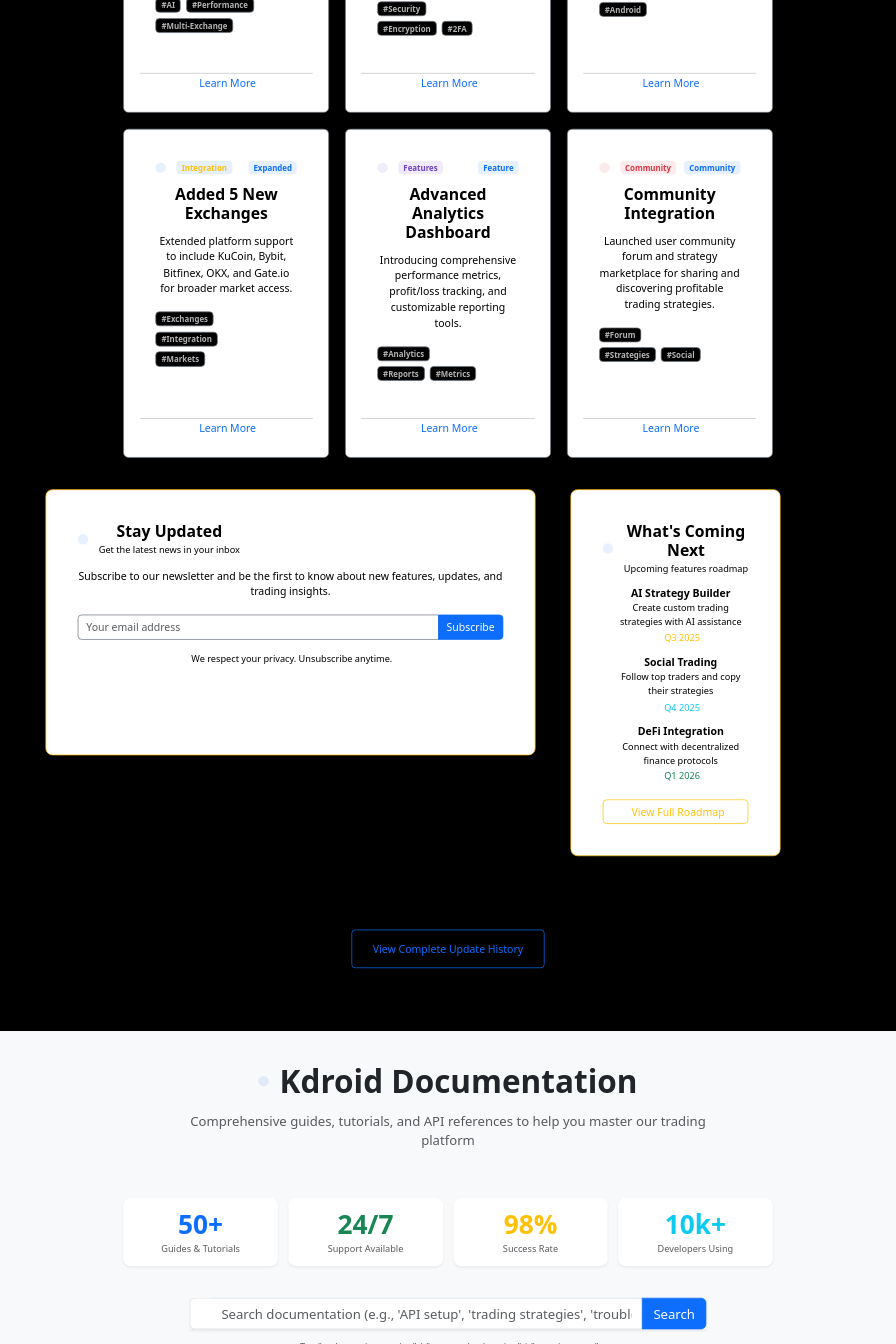
Repository: Kevin-Pro-Codes/halo-trading
Page: /
An editor plug-in stored every save of this project. The page is shown before and after the next save, followed by the edit.
The browser window is 1280 px wide. The pictures show the part of the page from y = 3890 to 5810 px (the page is 19648 px tall), at 70% of full size.
The page's requests for data from a server got no answer. The project was rebuilt for these pictures with package versions that can differ from the ones it lists, and the page was loaded fresh each time. Some packages were replaced by stand-ins written for this rebuild. No one was signed in, and anything a server would have sent is missing. Also part of the build but not shown: vite.config.js, src/styles/DocStyle.css, src/styles/PricingStyle.css.

Above is the page before, as saved 2025-12-09 20:51:33.

### src/index.css
:root {
  font-family: system-ui, Avenir, Helvetica, Arial, sans-serif;
  line-height: 1.5;
  font-weight: 400;
  color-scheme: light dark;
  color: rgba(255, 255, 255, 0.87);
  background-color: #242424;
  font-synthesis: none;
  text-rendering: optimizeLegibility;
  -webkit-font-smoothing: antialiased;
  -moz-osx-font-smoothing: grayscale;
}

a {
  font-weight: 500;
  color: #646cff;
  text-decoration: inherit;
}
a:hover {
  color: #535bf2;
}


h1 {
  font-size: 3.2em;
  line-height: 1.1;
}

button {
  border-radius: 8px;
  border: 1px solid transparent;
  padding: 0.6em 1.2em;
  font-size: 1em;
  font-weight: 500;
  font-family: inherit;
  background-color: #1a1a1a;
  cursor: pointer;
  transition: border-color 0.25s;
}
button:hover {
  border-color: #646cff;
}
button:focus,
button:focus-visible {
  outline: 4px auto -webkit-focus-ring-color;
}

### src/Navbar.jsx
import React from 'react';
import haloLogo from './assets/halo.png';



const Navbar = ({ showHamburger, menuOpen, setMenuOpen }) => {
  return (
    <nav className="navbar">
      <div className="nav-content">
        <div className="nav-brand">
          <img src={haloLogo} alt="Trading Bot Logo" className="logo-img" />
        </div>

        {showHamburger ? (
          <div className="hamburger-container">
            <button
              className={`hamburger-btn ${menuOpen ? 'active' : ''}`}
              onClick={() => setMenuOpen(!menuOpen)}
              aria-label="Menu"
            >
              <span></span>
              <span></span>
              <span></span>
            </button>
          </div>
        ) : (
          <div className="nav-links">
            <button className="nav-btn">Home</button>
            <button className="nav-btn">About</button>
            <button className="nav-btn">Products</button>
            <button className="nav-btn">Contact</button>
          </div>
        )}
      </div>

      {showHamburger && menuOpen && (
        <div className="mobile-menu">
          <button className="nav-btn">Home</button>
          <button className="nav-btn">About</button>
          <button className="nav-btn">Products</button>
          <button className="nav-btn">Contact</button>
        </div>
      )}
    </nav>
  );
};

export default Navbar;

### src/components/LatestSection.jsx
import React from 'react';

const LatestSection = () => {
  const updates = [
    {
      id: 1,
      title: "Version 3.0 Launched",
      description: "Major platform upgrade with AI-powered trading signals, enhanced backtesting, and multi-exchange arbitrage capabilities.",
      category: "Platform Update",
      date: "June 2025",
      icon: "bi-rocket-takeoff-fill",
      color: "primary",
      badge: "New",
      tags: ["AI", "Performance", "Multi-Exchange"]
    },
    {
      id: 2,
      title: "Enhanced Security Framework",
      description: "Implemented advanced API key encryption, multi-factor authentication, and real-time threat detection systems.",
      category: "Security",
      date: "May 2025",
      icon: "bi-shield-check",
      color: "success",
      badge: "Enhanced",
      tags: ["Security", "Encryption", "2FA"]
    },
    {
      id: 3,
      title: "Mobile App 2.0 Released",
      description: "Redesigned mobile application with real-time notifications, advanced charting, and one-click trade execution.",
      category: "Mobile",
      date: "April 2025",
      icon: "bi-phone-fill",
      color: "info",
      badge: "Update",
      tags: ["Mobile", "iOS", "Android"]
    },
    {
      id: 4,
      title: "Added 5 New Exchanges",
      description: "Extended platform support to include KuCoin, Bybit, Bitfinex, OKX, and Gate.io for broader market access.",
      category: "Integration",
      date: "March 2025",
      icon: "bi-arrow-left-right",
      color: "warning",
      badge: "Expanded",
      tags: ["Exchanges", "Integration", "Markets"]
    },
    {
      id: 5,
      title: "Advanced Analytics Dashboard",
      description: "Introducing comprehensive performance metrics, profit/loss tracking, and customizable reporting tools.",
      category: "Features",
      date: "February 2025",
      icon: "bi-graph-up",
      color: "purple",
      badge: "Feature",
      tags: ["Analytics", "Reports", "Metrics"]
    },
    {
      id: 6,
      title: "Community Integration",
      description: "Launched user community forum and strategy marketplace for sharing and discovering profitable trading strategies.",
      category: "Community",
      date: "January 2025",
      icon: "bi-people-fill",
      color: "danger",
      badge: "Community",
      tags: ["Forum", "Strategies", "Social"]
    }
  ];

  const categories = [
    { id: "all", name: "All Updates", icon: "bi-grid", count: updates.length },
    { id: "platform", name: "Platform", icon: "bi-rocket", count: 1 },
    { id: "security", name: "Security", icon: "bi-shield", count: 1 },
    { id: "mobile", name: "Mobile", icon: "bi-phone", count: 1 },
    { id: "integration", name: "Integration", icon: "bi-arrow-left-right", count: 1 },
    { id: "features", name: "Features", icon: "bi-stars", count: 1 },
    { id: "community", name: "Community", icon: "bi-people", count: 1 }
  ];

  return (
    <section className="py-5 bg-dark text-white">
      <div className="container">
        {/* Header */}
        <div className="row justify-content-center text-center mb-5">
          <div className="col-lg-8">
            <div className="d-flex align-items-center justify-content-center mb-3">
              <div className="bg-primary bg-opacity-10 p-2 rounded-circle me-3">
                <i className="bi bi-megaphone-fill text-primary fs-3"></i>
              </div>
              <h2 className="display-5 fw-bold mb-0 text-white">Latest Updates & News</h2>
            </div>
            <p className="lead text-white-50 mb-4">
              Stay updated with the latest features, improvements, and announcements from our trading platform
            </p>
          </div>
        </div>

        {/* Stats Summary */}
        <div className="row justify-content-center mb-5">
          <div className="col-lg-10">
            <div className="row g-3">
              <div className="col-md-3 col-6">
                <div className="text-center p-3 bg-dark bg-opacity-50 border border-secondary rounded-3">
                  <div className="display-6 fw-bold text-primary mb-1">{updates.length}</div>
                  <div className="text-white-50 small">Total Updates</div>
                </div>
              </div>
              <div className="col-md-3 col-6">
                <div className="text-center p-3 bg-dark bg-opacity-50 border border-secondary rounded-3">
                  <div className="display-6 fw-bold text-success mb-1">5</div>
                  <div className="text-white-50 small">New Exchanges</div>
                </div>
              </div>
              <div className="col-md-3 col-6">
                <div className="text-center p-3 bg-dark bg-opacity-50 border border-secondary rounded-3">
                  <div className="display-6 fw-bold text-warning mb-1">3.0</div>
                  <div className="text-white-50 small">Current Version</div>
                </div>
              </div>
              <div className="col-md-3 col-6">
                <div className="text-center p-3 bg-dark bg-opacity-50 border border-secondary rounded-3">
                  <div className="display-6 fw-bold text-info mb-1">98%</div>
                  <div className="text-white-50 small">Uptime Rate</div>
                </div>
              </div>
            </div>
          </div>
        </div>

        {/* Category Filter */}
        <div className="row justify-content-center mb-4">
          <div className="col-lg-10">
            <div className="d-flex flex-wrap justify-content-center gap-2 mb-4">
              {categories.map((category) => (
                <button
                  key={category.id}
                  className="btn btn-outline-primary btn-sm px-3 py-2"
                >
                  <i className={`bi ${category.icon} me-2`}></i>
                  {category.name}
                  <span className="badge bg-primary ms-2">{category.count}</span>
                </button>
              ))}
            </div>
          </div>
        </div>

       {/* Updates Grid */}
<div className="row justify-content-center">
  <div className="col-lg-10">
    <div className="row g-4">
      {updates.map((update) => (
        <div key={update.id} className="col-md-6 col-lg-4">
          <div className="card h-100 border-secondary bg-white hover-lift transition-all">
            <div className="card-body p-4">
              <div className="d-flex justify-content-between align-items-start mb-3">
                <div className="d-flex align-items-center">
                  <div className={`bg-${update.color} bg-opacity-10 p-2 rounded-circle me-3`}>
                    <i className={`bi ${update.icon} text-${update.color} fs-5`}></i>
                  </div>
                  <span className={`badge bg-${update.color} bg-opacity-10 text-${update.color}`}>
                    {update.category}
                  </span>
                </div>
                <span className="badge bg-primary bg-opacity-10 text-primary">
                  {update.badge}
                </span>
              </div>

              <h4 className="fw-bold mb-3 text-black">{update.title}</h4>
              <p className="text-black mb-4">{update.description}</p>

              <div className="d-flex justify-content-between align-items-center mt-auto">
                <div className="d-flex flex-wrap gap-2"> {/* REMOVED: pb-5 class */}
                  {update.tags.map((tag, index) => (
                    <span key={index} className="badge bg-dark border border-secondary text-white-50 small pb-1.5">
                      #{tag}
                    </span>
                  ))}
                </div>
                <div className="text-end">
                  <div className="text-white-50 small">{update.date}</div>
                </div>
              </div>
            </div>

            {/* Card Footer */}
            <div className="card-footer bg-white border-top border-secondary pt-0">
              <button className="btn btn-link text-decoration-none p-0 text-primary">
                <i className="bi bi-arrow-right-circle me-1"></i>
                Learn More
              </button>
            </div>
          </div>
        </div>
      ))}
    </div>
  </div>
</div>

{/* Two Boxes at Bottom - FULL CONTROL */}
<div style={{
  width: '100%',
  marginTop: '3rem',
  marginBottom: '2rem'
}}>
  <div style={{
    display: 'flex',
    justifyContent: 'center'
  }}>

    {/* Left Box: Newsletter */}
    <div style={{
      minWidth: '650px',
      maxWidth: '700px'
    }}>
       <div className="card border-warning bg-white" style={{
        minWidth: '700px',
        minHeight: '380px',
        borderRadius: '10px'
      }}>
        <div className="card-body p-4">

          <div className="d-flex align-items-center mb-3">
            <div className="bg-primary bg-opacity-10 p-2 rounded-circle me-3">
              <i className="bi bi-bell-fill text-black fs-4"></i>
            </div>
            <div>
              <h4 className="fw-bold mb-1 text-black">Stay Updated</h4>
              <p className="text-black small mb-0">Get the latest news in your inbox</p>
            </div>
          </div>

          <p className="text-black mb-4">
            Subscribe to our newsletter and be the first to know about new features, updates, and trading insights.
          </p>

          <div className="mt-auto">
            <div className="input-group mb-3">
              <input
                type="email"
                className="form-control border-secondary"
                placeholder="Your email address"
              />
              <button className="btn btn-primary">Subscribe</button>
            </div>
            <small className="text-black">
              <i className="bi bi-shield-check me-1"></i>
              We respect your privacy. Unsubscribe anytime.
            </small>
          </div>
        </div>
      </div>
    </div>

    {/* Right Box: Roadmap */}
    <div style={{
      flex: 'none',
      minWidth: '500px',
      maxWidth: '700px'
    }}>
      <div className="card border-warning bg-white" style={{
        minHeight: '380px',
        borderRadius: '10px'
      }}>
        <div className="card-body p-4">

          <div className="d-flex align-items-center mb-3">
            <div className="bg-warning bg-opacity-10 p-2 rounded-circle me-3">
              <i className="bi bi-map text-warning fs-4"></i>
            </div>
            <div>
              <h4 className="fw-bold mb-1 text-black">What's Coming Next</h4>
              <p className="text-black small mb-0">Upcoming features roadmap</p>
            </div>
          </div>

          <div className="mb-4">
            <div className="d-flex align-items-start mb-3">
              <div className="text-warning me-3 mt-1"><i className="bi bi-circle-fill"></i></div>
              <div>
                <h6 className="fw-bold mb-1 text-black">AI Strategy Builder</h6>
                <p className="text-black small mb-0">Create custom trading strategies with AI assistance</p>
                <small className="text-warning"><i className="bi bi-calendar me-1"></i> Q3 2025</small>
              </div>
            </div>

            <div className="d-flex align-items-start mb-3">
              <div className="text-info me-3 mt-1"><i className="bi bi-circle-fill"></i></div>
              <div>
                <h6 className="fw-bold mb-1 text-black">Social Trading</h6>
                <p className="text-black small mb-0">Follow top traders and copy their strategies</p>
                <small className="text-info"><i className="bi bi-calendar me-1"></i> Q4 2025</small>
              </div>
            </div>

            <div className="d-flex align-items-start">
              <div className="text-success me-3 mt-1"><i className="bi bi-circle-fill"></i></div>
              <div>
                <h6 className="fw-bold mb-1 text-black">DeFi Integration</h6>
                <p className="text-black small mb-0">Connect with decentralized finance protocols</p>
                <small className="text-success"><i className="bi bi-calendar me-1"></i> Q1 2026</small>
              </div>
            </div>
          </div>

          <div className="mt-auto">
            <button className="btn btn-outline-warning w-100">
              <i className="bi bi-clock-history me-2"></i>
              View Full Roadmap
            </button>
          </div>
        </div>
      </div>
    </div>

  </div>
</div>

        {/* View All Button - Adjusted for bottom position */}
        <div className="row justify-content-center mt-5 py-5"> {/* CHANGED: Increased top margin to mt-5 and added vertical padding with py-5 */}
          <div className="col-lg-10 text-center">
            <button className="btn btn-outline-primary px-4 py-3">
              <i className="bi bi-clock-history me-2"></i>
              View Complete Update History
              <i className="bi bi-arrow-right ms-2"></i>
            </button>
          </div>
        </div>
      </div>

      {/* CSS Styling */}
      <style jsx>{`
        .bg-dark {
          background-color: #000000 !important;
        }
          .bg-white {
          background-color: #ffffffff !important;
        }
        .hover-lift {
          transition: all 0.3s ease;
        }

        .hover-lift:hover {
          transform: translateY(-5px);
          box-shadow: 0 10px 25px rgba(0, 0, 0, 0.3) !important;
          border-color: #495057 !important;
        }

        .transition-all {
          transition: all 0.3s ease;
        }

        .bg-purple {
          background-color: #6f42c1 !important;
        }

        .text-purple {
          color: #6f42c1 !important;
        }

        .bg-purple.bg-opacity-10 {
          background-color: rgba(111, 66, 193, 0.1) !important;
        }

        .bg-danger.bg-opacity-10 {
          background-color: rgba(220, 53, 69, 0.1) !important;
        }

        .text-white-50 {
          color: rgba(255, 255, 255, 0.7) !important;
        }




      `}</style>
    </section>
  );
};

export default LatestSection;

### src/Footer.jsx
import React from "react";

const Footer = () => {
  return (
    <footer className="section-black">
      <div className="section-content">
        <div className="footer-grid">
          <div className="footer-col">
            <h3>Contact</h3>
            <p>Email: support@halo.com</p>
            <p>Phone: +55 11 9987-6543</p>
            <p>Address: 456 Finance Street, Crypto City</p>
          </div>
          <div className="footer-col">
            <h3>Legal</h3>
            <p><a href="#">Risk Disclosure</a></p>
            <p><a href="#">Terms of Service</a></p>
            <p><a href="#">Privacy Policy</a></p>
          </div>
          <div className="footer-col">
            <h3>Support</h3>
            <p><a href="#">Help Center</a></p>
            <p><a href="#">API Documentation</a></p>
            <p><a href="#">Community Forum</a></p>
            <p className="mt-3"><a href="#">MetaTrader 5</a></p>
          </div>
        </div>
        <div className="footer-bottom">
          <p>
            © 2025 Halo Algo Trading. All rights reserved. Disclaimer: Trading
            involves risk. Past performance is not indicative of future results.
          </p>
          <p className="disclaimer"></p>
        </div>
      </div>
    </footer>
  );
};

export default Footer;

### src/App.css
/* Variables */
:root {
  --primary-color: #646cff;
  --primary-hover: #535bf2;
  --text-dark: black;
  --text-light: #ffffff;
  --bg-dark: black;
  --bg-light: #ffffff;
  --border-radius: 4px;
  --transition: all 0.3s ease;
}

#root {
  max-width: 100%;
  margin: auto;
  padding: 0rem;
  text-align: center;
}

/* Base Styles */
* {
  box-sizing: border-box;
  margin: 0;
  padding: 0;


}

html {
  font-size: 15px;

}



/* Typography */
h1, h2, h3, h4, h5, h6 {
  margin-bottom: 1rem;
  line-height: 1.2;
}

h2 {
  font-size: 2rem;
}

h3 {
  font-size: 1.5rem;
  margin: 1rem 0;
}

p {
  margin-bottom: 1rem;
}

ul {
  list-style: none;
  padding-left: 0;
}

/* Utility Classes */
.black-text {
  color: var(--text-dark);
}

.white-text {
  color: var(--text-light);
}

.bg-white {
  background-color: var(--bg-light);
}

.bg-black {
  background-color: var(--bg-dark);
}


section {
  padding: 3rem 0;
}

.section-content {
  max-width: 2280px;
  margin: 0 auto;
  padding: 0 1rem;
}

.section-black {
  background-color: var(--bg-dark);
  color: var(--text-light);
}

### src/styles/ConverterStyle.css
/* Add to your existing CSS */
.converter-container {
  max-width: 500px;
  margin: 0 auto;
}

.converter-card {
  background-color: white;
  padding: 2rem;
  border-radius: var(--border-radius);
}

.converter-row {
  display: flex;
  align-items: center;
  margin-bottom: 1rem;
}

.converter-row label {
  width: 80px;
  text-align: right;
  margin-right: 1rem;
}

.converter-row input {
  flex: 1;
  padding: 0.5rem;
  border-radius: var(--border-radius);
  border: 1px solid #ddd;
  background-color: var(--bg-light);
  color: var(--text-dark);
}

.converter-card label,
.converter-card .rate-display {
  color: black; /* Replace with your desired color */
  font-weight: bold;
}

.rate-display {
  text-align: center;
  margin-top: 1.5rem;
  font-size: 0.9rem;
  opacity: 0.8;
}

/* Responsive adjustments */
@media (max-width: 600px) {
  .converter-row {
    flex-direction: column;
    align-items: flex-start;
  }

  .converter-row label {
    width: 100%;
    text-align: left;
    margin-bottom: 0.5rem;
  }
}

### src/styles/FooterStyle.css

/* Footer */
.footer-grid {
  display: grid;
  grid-template-columns: repeat(auto-fit, minmax(200px, 1fr));

}

.footer-col a {
  color: var(--text-light);
  text-decoration: none;

}

.footer-col a:hover {
  text-decoration: underline;

}

.footer-bottom {
  text-align: center;
  padding-top: 1rem;
  border-top: 1px solid rgba(255, 255, 255, 0.1);

}

.disclaimer {

  padding-bottom: 10px;
   margin-bottom: 0px !important;
}

Loaded but not shown: index.html (common file); src/main.jsx (common file); src/components/DocSection.jsx (389 lines, source omitted); src/components/ConverterSection.jsx (399 lines, source omitted); src/components/FaqSection.jsx (283 lines, source omitted); src/components/SetupSection.jsx (300 lines, source omitted); src/components/GallerySection.jsx (302 lines, source omitted); src/components/PricingSection.jsx (314 lines, source omitted); src/components/TestimonialSection.jsx (224 lines, source omitted); src/components/IntroSection.jsx (222 lines, source omitted); src/components/PerformanceSection.jsx (184 lines, source omitted); src/App.jsx (130 lines, source omitted); src/styles/NavbarStyle.css (126 lines, source omitted); src/styles/GalleryStyle.css (62 lines, source omitted); src/styles/FaqStyle.css (no stored copy; drawn as an empty file); src/styles/IntroStyle.css (no stored copy; drawn as an empty file); src/styles/LatestStyle.css (no stored copy; drawn as an empty file); src/styles/PerformanceStyle.css (no stored copy; drawn as an empty file); src/styles/SetupStyle.css (no stored copy; drawn as an empty file); src/styles/TestimonialStyle.css (no stored copy; drawn as an empty file)

After the next save:
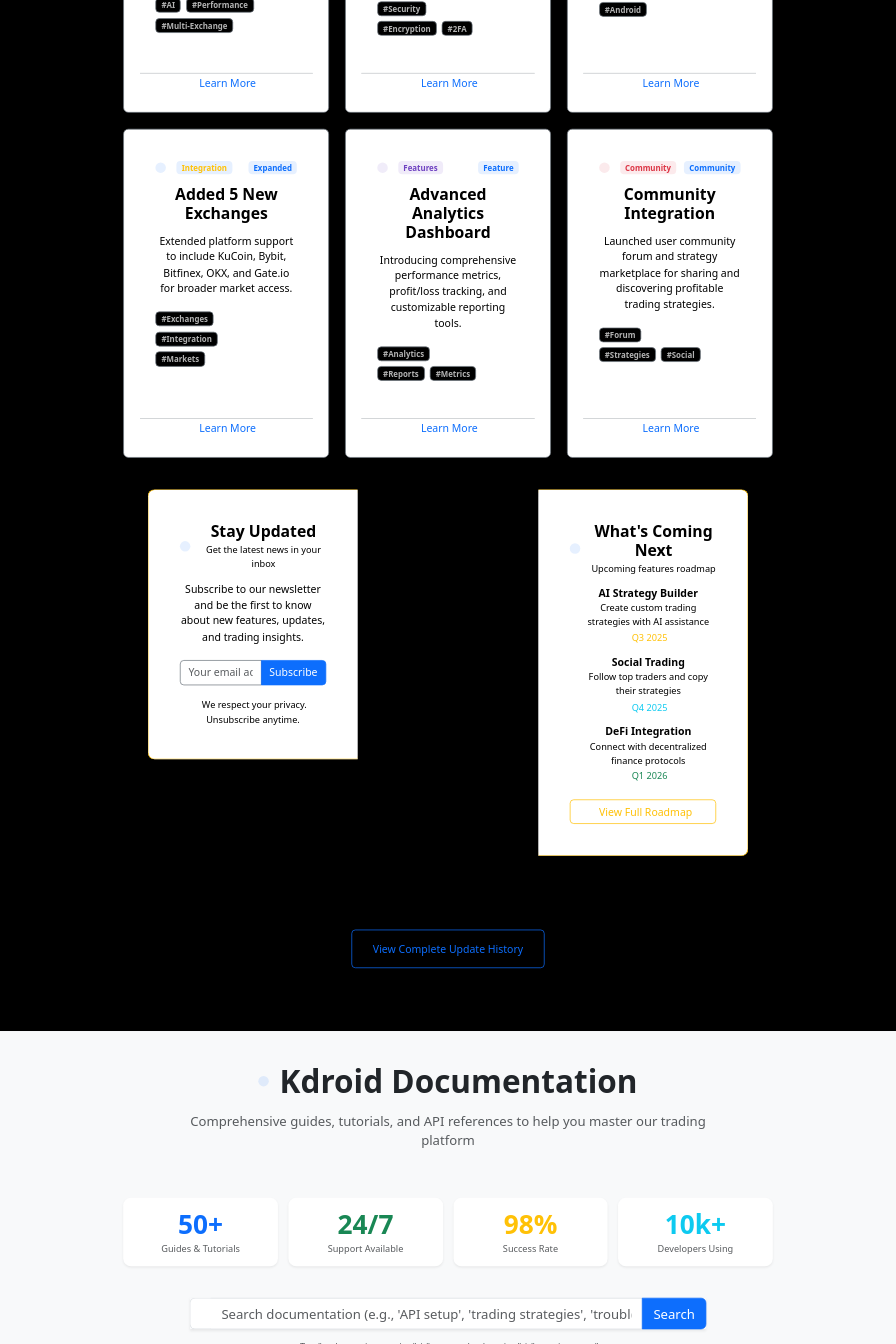
Saved 2 min 34 s later.
--- a/src/components/LatestSection.jsx
+++ b/src/components/LatestSection.jsx
@@ -201,7 +201,7 @@ const LatestSection = () => {
   </div>
 </div>
 
-{/* Two Boxes at Bottom - FULL CONTROL */}
+{/* Two Boxes at Bottom - TOUCHING EACH OTHER */}
 <div style={{
   width: '100%',
   marginTop: '3rem',
@@ -209,18 +209,22 @@ const LatestSection = () => {
 }}>
   <div style={{
     display: 'flex',
-    justifyContent: 'center'
+    justifyContent: 'center',
+    gap: '0px'  // EXPLICITLY SET TO 0
   }}>
 
     {/* Left Box: Newsletter */}
     <div style={{
-      minWidth: '650px',
-      maxWidth: '700px'
+      flex: 1,
+      minWidth: '0',  // CRITICAL: Allow shrinking below min-content
+      marginRight: '-1px'  // Make them touch by overlapping border
     }}>
        <div className="card border-warning bg-white" style={{
-        minWidth: '700px',
         minHeight: '380px',
-        borderRadius: '10px'
+        borderRadius: '10px',
+        borderRight: 'none',  // Remove right border where cards touch
+        borderTopRightRadius: '0',
+        borderBottomRightRadius: '0'
       }}>
         <div className="card-body p-4">
 
@@ -258,13 +262,15 @@ const LatestSection = () => {
 
     {/* Right Box: Roadmap */}
     <div style={{
-      flex: 'none',
-      minWidth: '500px',
-      maxWidth: '700px'
+      flex: 1,
+      minWidth: '0'  // CRITICAL: Allow shrinking below min-content
     }}>
       <div className="card border-warning bg-white" style={{
         minHeight: '380px',
-        borderRadius: '10px'
+        borderRadius: '10px',
+        borderLeft: 'none',  // Remove left border where cards touch
+        borderTopLeftRadius: '0',
+        borderBottomLeftRadius: '0'
       }}>
         <div className="card-body p-4">
 
